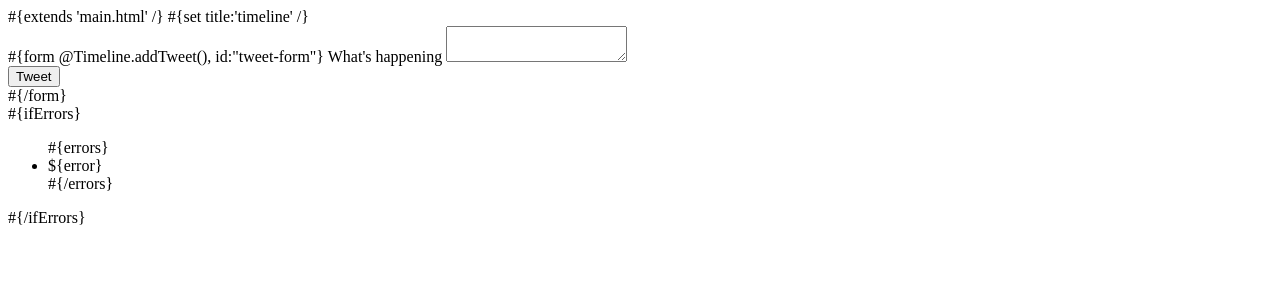
Repository: axelhzf/play-tlp
Page: twitter/app/views/Timeline/index.html
These files come from the project's save history. The page is drawn as it stood at one moment and after the next save; the edit follows.
The browser window is 1280 px wide. The pictures show the whole page.

Above is the page before, as saved 2011-07-17 11:08:18.
Console error: SyntaxError: Unexpected token '<'

### twitter/app/views/Timeline/index.html
#{extends 'main.html' /}
#{set title:'timeline' /}

	<div class="happening">
	#{form @Timeline.addTweet(), id:"tweet-form"}
		<label>What's happening</label>
		<textarea name="tweet.msg" id="tweet-msg"> </textarea>
		<div class="button_container">
			<input type="submit" value="Tweet" id="tweet-submit">
		</div>
	#{/form}
	</div>

#{ifErrors}
<ul class="errors">
#{errors}
    <li>${error}</li>
#{/errors}
</ul>
#{/ifErrors}

<div id="tweets"></div>

<script>
<script>
    function cargarTweets(){
        #{if user != null}
            *{Consulta los tweets de otra persona}*
            var listAction = #{jsAction @Timeline.tweets(':user') /}
            var url = listAction({user:'${usuarioConsultado.username}'})
        #{/if}
        #{else}
            *{Consulta el timeline del usuario}*
            var listAction = #{jsAction @Timeline.timeline() /}
            var url = listAction({})
        #{/else}

        $.get(url, function(data){
            var html = '';
            $.each(data, function(i, tweet) {
                var date = new Date(tweet.date);
                html += '<div class="tweet"><div class="tweet-author"><a href="/' + tweet.author.username + '"> ' + tweet.author.username +'</a></div><div class="tweet-msg"> ' + tweet.msg + '</div><div class="tweet-date"> ' + date.toLocaleDateString() + '</div></div>'
            });
            $('#tweets').html(html);
        });
    }

    $(function(){
        cargarTweets();
        $('#tweet-submit').click(function(){
            $.post('@{Timeline.addTweet}', $('#tweet-form').serialize(), function(){
                $('#tweet-msg').val('');
                cargarTweets();
            });
            return false;
        });
    });
</script>

After the next save:
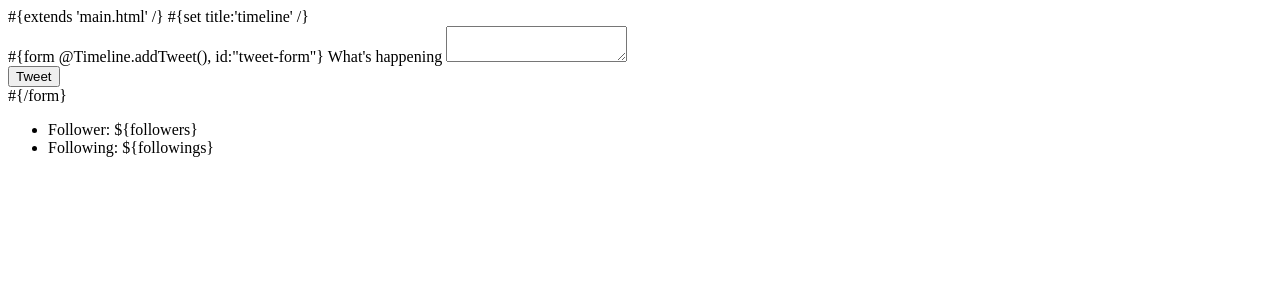
Saved 12 s later.
--- a/twitter/app/views/Timeline/index.html
+++ b/twitter/app/views/Timeline/index.html
@@ -11,13 +11,12 @@
 	#{/form}
 	</div>
 
-#{ifErrors}
-<ul class="errors">
-#{errors}
-    <li>${error}</li>
-#{/errors}
-</ul>
-#{/ifErrors}
+<div id="follow-info">
+    <ul>
+        <li>Follower: ${followers}</li>
+        <li>Following: ${followings}</li>
+    </ul>
+</div>
 
 <div id="tweets"></div>
 
